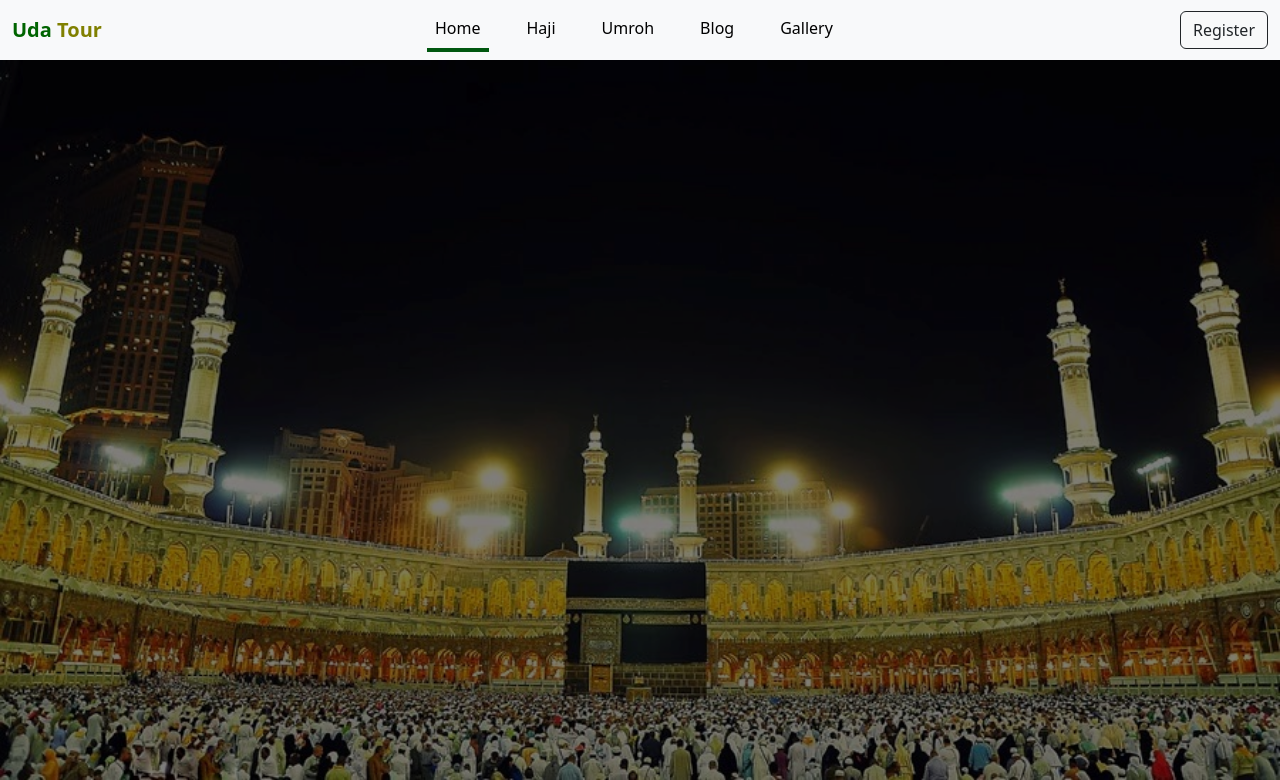
Repository: Putrabobi/Task7
Page: index.html
These files come from the project's save history. The page is drawn as it stood at one moment and after the next save; the edit follows.
The browser window is 1280 px wide. The pictures show the whole page.

Above is the page before, as saved 2024-03-25 10:30:03.

### index.html
<!DOCTYPE html>
<html lang="en">

<head>
    <meta charset="UTF-8">
    <meta name="viewport" content="width=device-width, initial-scale=1.0">
    <title>Haji & Umroh</title>
    <link href="https://cdn.jsdelivr.net/npm/bootstrap@5.3.3/dist/css/bootstrap.min.css" rel="stylesheet"
        integrity="sha384-QWTKZyjpPEjISv5WaRU9OFeRpok6YctnYmDr5pNlyT2bRjXh0JMhjY6hW+ALEwIH" crossorigin="anonymous">
</head>

<body>
    <nav class="navbar navbar-expand-lg  bg-body-tertiary mb-8">
        <div class="container-fluid">
            <a class="navbar-brand" href="#">
                <span style="color: darkgreen;" class="fw-bold">Uda</span>
                <span style="color: olive;" class="fw-bold">Tour</span>
            </a>

            <button class="navbar-toggler" type="button" data-bs-toggle="collapse"
                data-bs-target="#navbarSupportedContent" aria-controls="navbarSupportedContent" aria-expanded="false"
                aria-label="Toggle navigation">
                <span class="navbar-toggler-icon"></span>
            </button>
            <div class="collapse navbar-collapse" id="navbarSupportedContent">
                <ul class="navbar-nav me-auto mb-2 mb-lg-0 mx-auto">
                    <li class="nav-item" style="margin-right: 30px;">
                        <a class="nav-link active" aria-current="page" href="#" style="border-bottom: 4px solid #00570f; color: #000000;">Home</a>
                    </li>
                    <li class="nav-item" style="margin-right: 30px;">
                        <a class="nav-link" href="#" style="color: #000;">Haji</a>
                    </li>
                    <li class="nav-item" style="margin-right: 30px;">
                        <a class="nav-link disabled" style="color: #000;">Umroh</a>
                    </li>
                    <li class="nav-item" style="margin-right: 30px;">
                        <a class="nav-link disabled" style="color: #000;">Blog</a>
                    </li>
                    <li class="nav-item" style="margin-right: 30px;">
                        <a class="nav-link disabled" style="color: #000;">Gallery</a>
                    </li>
                </ul>
                    <button class="btn btn-outline-dark" type="submit">Register</button>
            </div>

        </div>
    </nav>

    <div class="container-fluid p-0">
        <img src="images/mekkah.jpg" style="filter: brightness(50%);" alt="Mekkah" width="100%">
    </div>

</body>

</html>

After the next save:
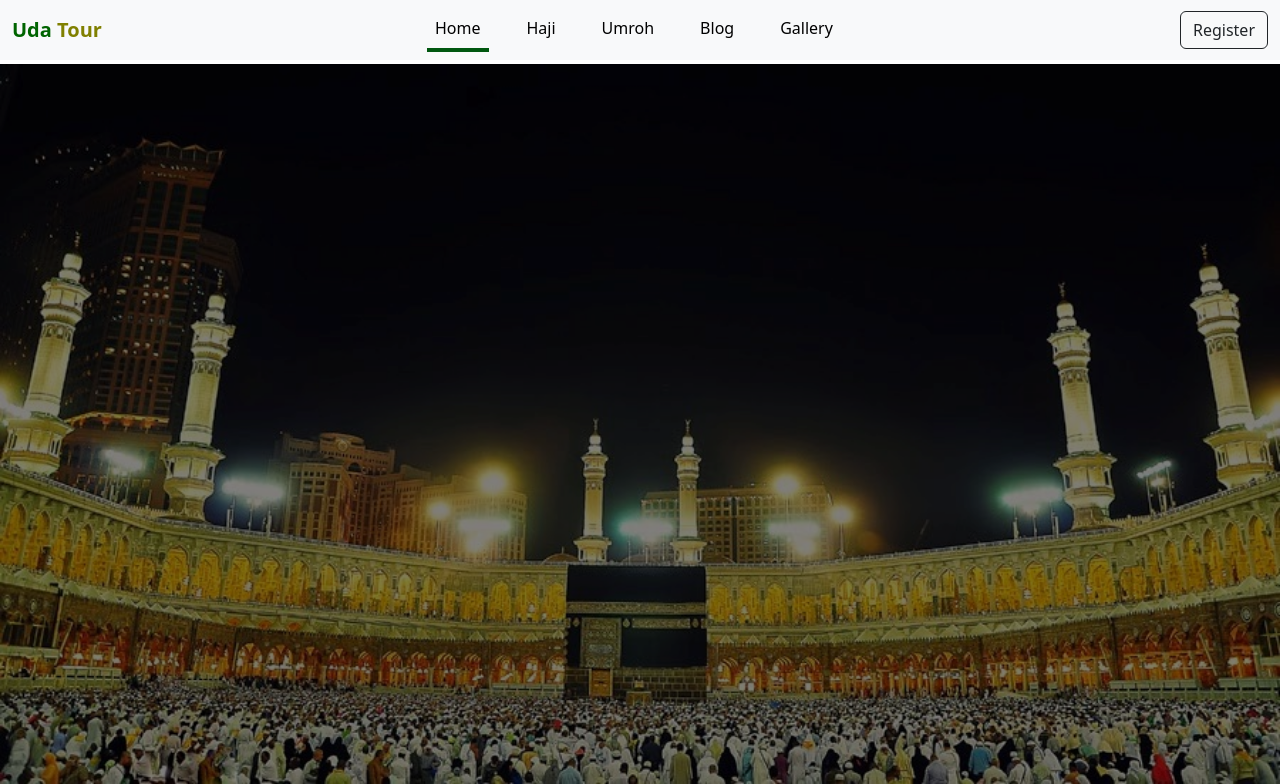
Saved 10 s later.
--- a/index.html
+++ b/index.html
@@ -10,7 +10,7 @@
 </head>
 
 <body>
-    <nav class="navbar navbar-expand-lg  bg-body-tertiary mb-8">
+    <nav class="navbar navbar-expand-lg  bg-body-tertiary mb-1">
         <div class="container-fluid">
             <a class="navbar-brand" href="#">
                 <span style="color: darkgreen;" class="fw-bold">Uda</span>

After the save that followed:
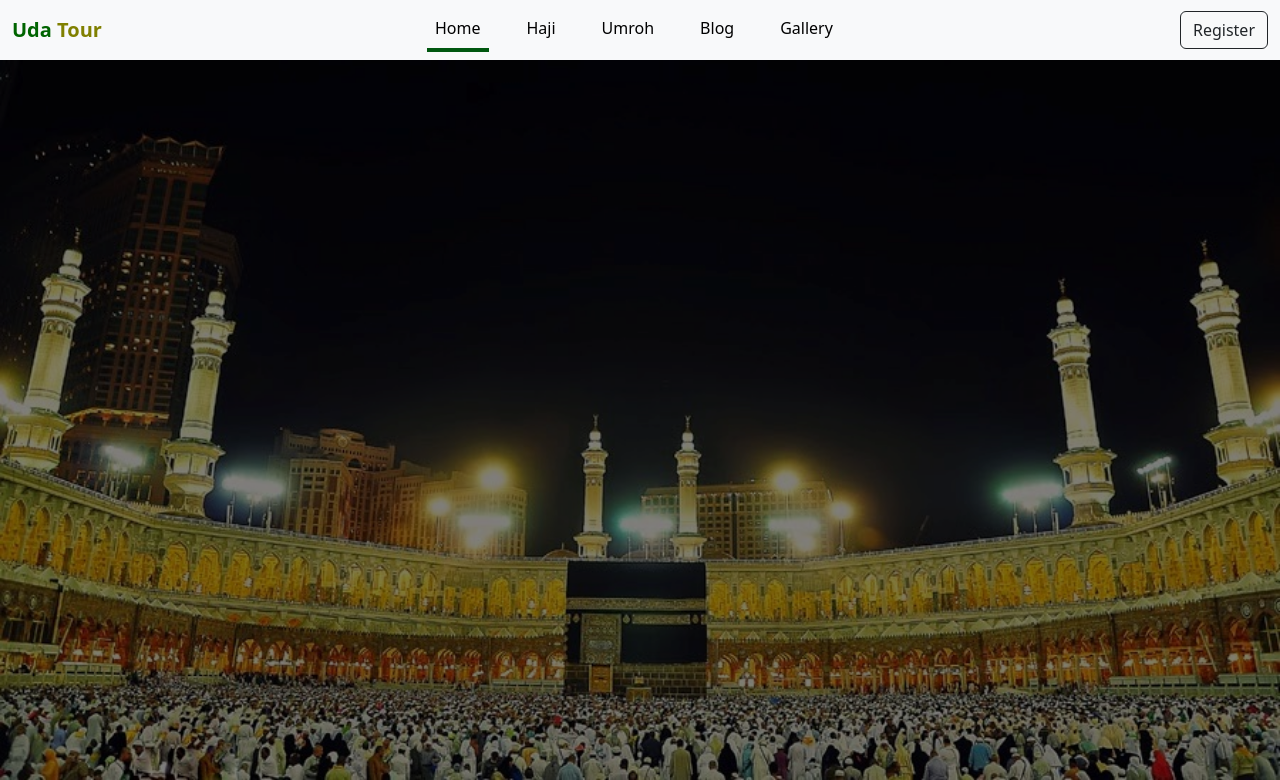
Saved 6 s later.
--- a/index.html
+++ b/index.html
@@ -10,7 +10,7 @@
 </head>
 
 <body>
-    <nav class="navbar navbar-expand-lg  bg-body-tertiary mb-1">
+    <nav class="navbar navbar-expand-lg  bg-body-tertiary mb-0">
         <div class="container-fluid">
             <a class="navbar-brand" href="#">
                 <span style="color: darkgreen;" class="fw-bold">Uda</span>
